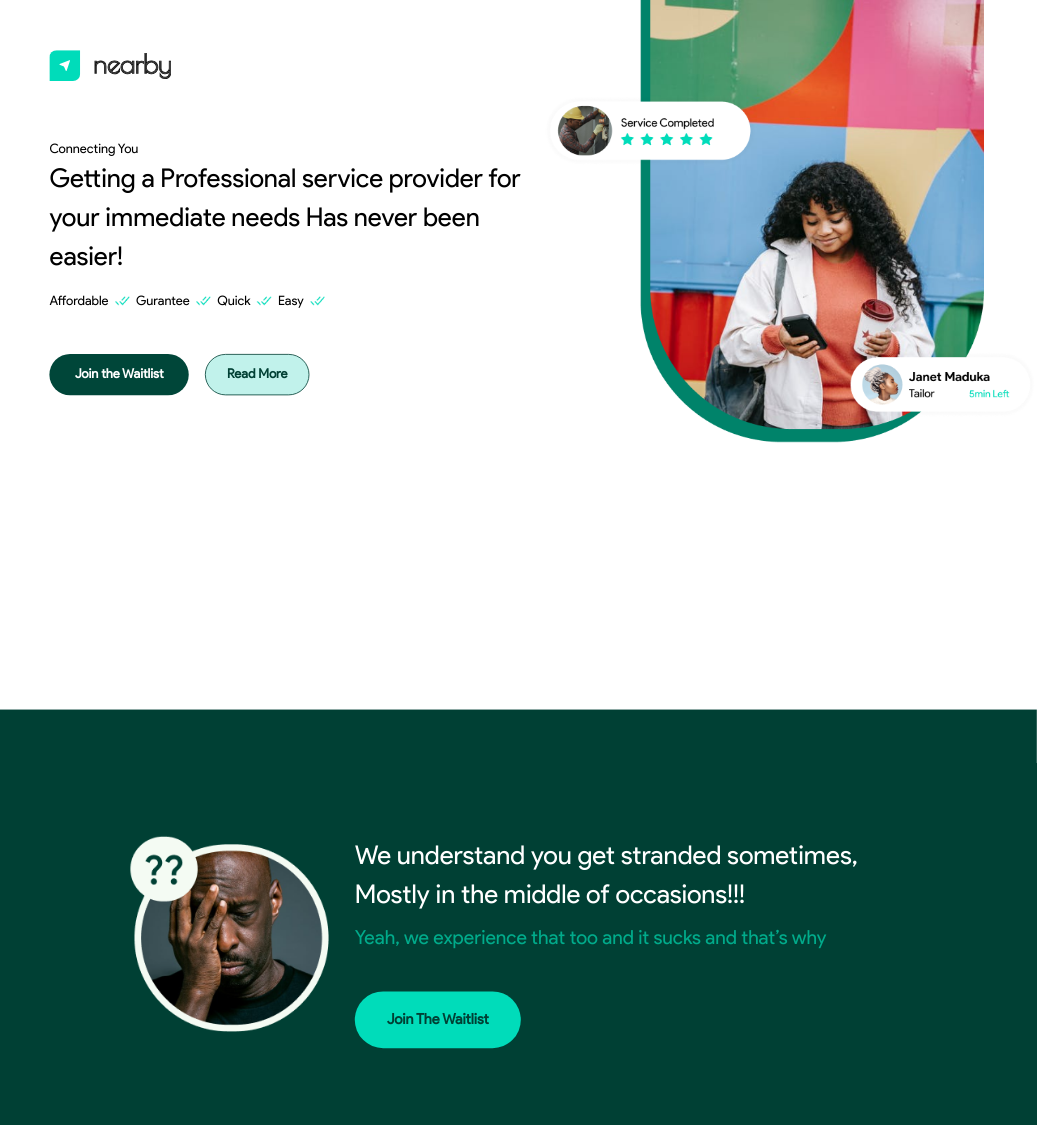
Repository: Eugene44-hub/Mearby
Page: /
These files come from the project's save history. The page is drawn as it stood at one moment and after the next save; the edit follows.
The browser window is 1280 px wide. The pictures show the whole page, at 81% of full size.
The project was rebuilt for these pictures with package versions that can differ from the ones it lists, and the page was loaded fresh each time.

Above is the page before, as saved 2022-04-30 07:50:06.

### src/App.tsx
import React from 'react';
import Hero from './components/hero/Hero';
import Nav from './components/nav/Nav';
import LandingPage from './pages/landing/LandingPage';

function App() {
  return (
   <>
<Nav/>
<LandingPage/>
</>

);
}

export default App;

### src/components/nav/Nav.tsx
import React from 'react';
import send from '../../assets/images/send.svg';
import nearby from '../../assets/images/nearby logo.svg';
import styles from "./Nav.module.css"
const Nav = () => {
	return (
		<nav className={`md:h-auto h-[96.57px] ${styles.nav} flex`}>
			<header className="m-auto block md:hidden">
				<div className="flex justify-center">
					<img
						src={send}
						className="bg-[#00DCBA] mr-[16.79px] p-3 rounded-tl-[8.91471px] rounded-br-[8.91471px]"
						alt="send"
					/>
					<img src={nearby} alt="send" />
				</div>
			</header>
		</nav>
	);
};

export default Nav;

### src/pages/landing/LandingPage.tsx
import React from 'react'
import Hero from '../../components/hero/Hero';
import Understand from '../../components/understand/Understand';
const LandingPage = () => {
  return (
    <>

    <Hero/>
    <Understand/>
    </>
  )
}

export default LandingPage

### src/components/nav/Nav.module.css
@media screen and (max-width:768px) {
    .nav{
/* display: none; */
/* bg-[#014034] */
background-color:#014034;
}
}

### src/components/hero/Hero.tsx
import React from 'react';
import styles from './Hero.module.css';
import checked from '../../assets/images/checked.png';
import heroImg from '../../assets/images/heroImg.png';
import send from '../../assets/images/send.svg';
import nearby from '../../assets/images/nearbyDark.svg';

const Hero = () => {
	const minorText: string[] = [ 'affordable', 'gurantee', 'quick', 'easy' ];
	return (
		<section className="container md:pl-[61px]">
			<div className={`${styles.container} md:flex justify-between`}>
				<div className={`${styles.heroContainer} mb-[3rem] flex flex-wrap md:w-[50%]`}>
					<div className="md:flex w-[20%] hidden mt-[62px] items-center">
						<img
							src={send}
							className="bg-[#00DCBA] w-[100%] mr-[16.79px] p-3 rounded-tl-[8.91471px] rounded-br-[8.91471px]"
							alt="send"
						/>
						<img src={nearby} alt="send" />
					</div>

					<div className="m-auto">
						<h2 className={` ${styles.connectHead} flex items-end md:h-[95.5px]`}>Connecting You</h2>
						<p className={`text-[2rem] ${styles.connectText}`}>
							Getting a Professional service provider for your immediate needs Has never been easier!
						</p>
					</div>

					<ul className={`${styles.connectList} mt-5 flex justify-between `}>
						{minorText.map((item, index) => (
							<li key={index} className="flex items-center capitalize mr-2">
								{item} <img src={checked} className="w-[18px] ml-2" alt="checked" />
							</li>
						))}
					</ul>

					<div className="w-[100%] md:pt-[53px] md:px-0 p-5">
						<button className="bg-[#004639] font-bold w-[172px] h-[51px] text-white mr-5 rounded-[50px]">
							Join the Waitlist
						</button>
						<button className="bg-[#C1F2EB] font-bold w-[129px] h-[51px] rounded-[50px] text-[#004034] border border-[#004034] capitalize">
							read more
						</button>
					</div>
				</div>
				<div className="md:w-[50%]">
					<img src={heroImg} className={styles.heroImg} alt="" />
				</div>
			</div>
		</section>
	);
};

export default Hero;
// wKcVoY0oBaK0dDUj5
// yX2Q8nskPsN4AjVkAPMBM

### src/components/understand/Understand.tsx
import React from 'react'
import understand from "../../assets/images/understand.png"
import WaitLight from "../../components/Buttons/WaitLight"
const Understand = () => {
  return (
    <div className='bg-[#004034] mt-[20rem] '>
 <div className='container  md:px-0 px-5 pt-[9.75rem] py-[5.938rem] md:pl-[61px] md:pr-[27px] md:flex justify-center  relative mt-[20rem]'>

<img src={understand} className=" absolute block md:hidden translate-x-[-50%] left-[50%] top-[-20%]" alt="understand" />
<div className='md:block hidden mr-[2rem]'>
<img src={understand} className=" w-[100%]"alt="understand" />

</div>

<div className='md:w-[60%] md:mx-0 mx-auto '>
<div>
<p className='text-[2rem] text-white'>
We understand you get stranded sometimes, Mostly in the middle of occasions!!!
</p>
<p className='mt-3 text-[1.5rem] text-[#01AB8B] '>
Yeah, we experience that too and it sucks and that’s why  </p>
</div>

<div className='pt-[3rem]'>
<WaitLight/>
</div>

</div>
  </div>

    </div>

  )
}

export default Understand

### src/components/hero/Hero.module.css
.container{
height: 812px;
background-image: url(../../assets/images/mobileHero.png);
background-repeat: no-repeat;
background-position: center;
background-size: 133% 100%;
}


.heroImg{
    display: none;
    width: 100%;
}
.heroContainer{
    /* background-color: black; */
    color: white;

}
.connectHead,.connectText,.connectList{
    padding: 20px;

}
@media screen and (min-width:600px) {
    .container{
    background-image:none;
    height: auto;
}
.connectHead{
    background-color: none;
}
.heroImg{
    display: block;
}
.connectHead{
    background-color: none;
}
.heroContainer{
    /* background-color: black; */
    color: black ;
}

}

@media screen and (min-width:768px) {
    .connectHead,.connectText,.connectList{
        padding: 0px;
    }

}


@media screen and (max-width:600px){
.connectHead{
    background-color: #004034;
}

}
/* .minorTxt{
} */
/* linear-gradient(rgba(0, 64, 52, 1), rgba(0, 57, 64, 0)) */
/* linear-gradient(rgba(0, 64, 52, 1),rgba(0, 64, 52, 1)) */

### src/components/Buttons/WaitLight.tsx
import React from 'react'
import styles from "./Button.module.css"

const Wait = () => {
  return (
    <button className={`${styles.light} capitalize`}>Join the waitlist</button>

  )
}

export default Wait

### src/components/Buttons/Button.module.css
    .light {
        background-color: #00DCBA;
        color: #004034;
        width: 205px;
        font-size: 1.125rem;
    }

    .dark {
        background-color: #004639;
        color: #004034;
        font-size: "1rem";
        width: 192px;
    }

    .light,
    .dark {
        height: 70px;
        border-radius: 50px;
        font-weight: bold;
    }

Loaded but not shown: public/index.html (common file); src/index.tsx (common file); src/index.css (common file); tailwind.config.js (common file)

After the next save:
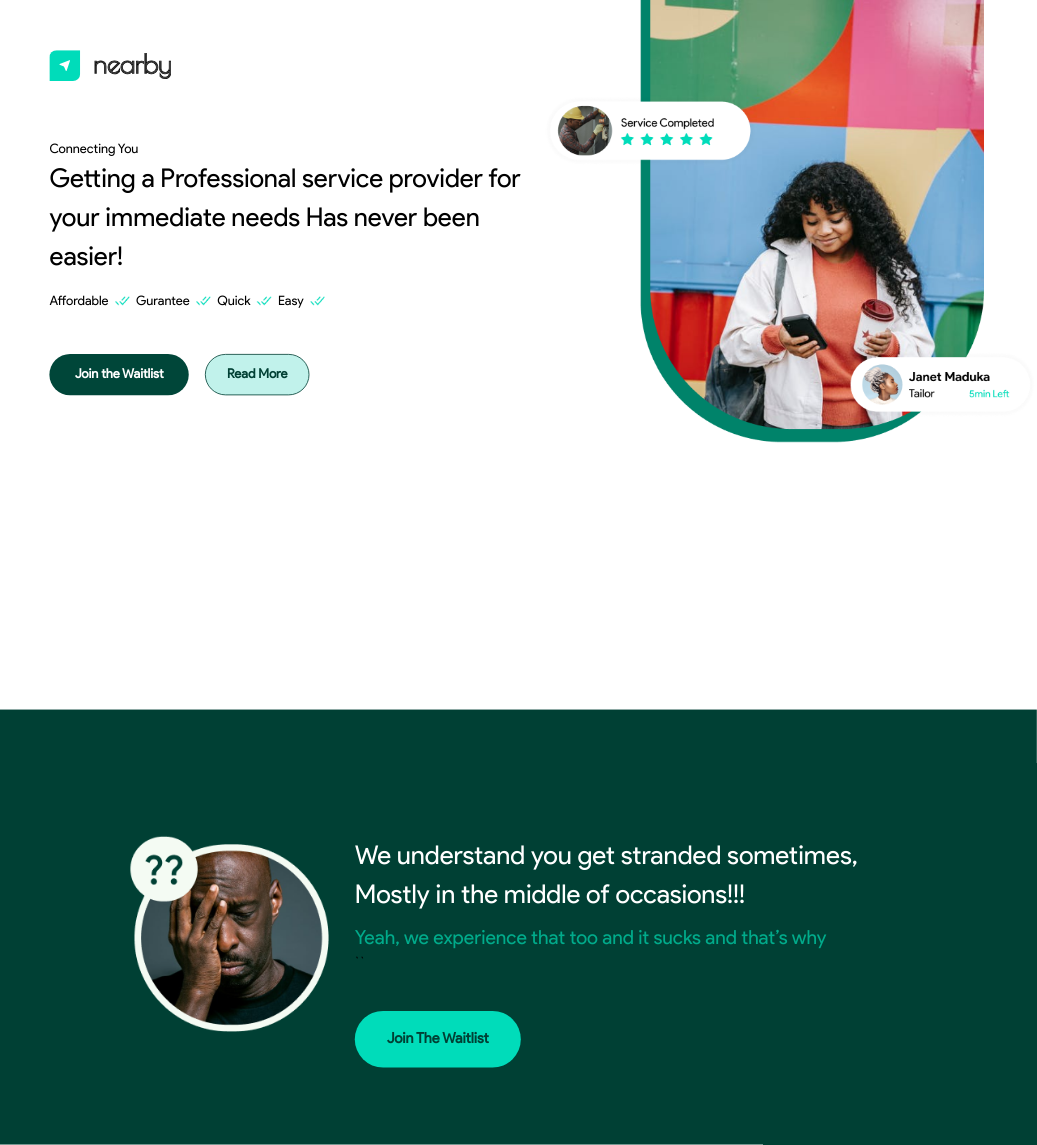
Saved 4 h 54 min later.
--- a/src/components/understand/Understand.tsx
+++ b/src/components/understand/Understand.tsx
@@ -18,7 +18,7 @@ const Understand = () => {
 We understand you get stranded sometimes, Mostly in the middle of occasions!!!
 </p>
 <p className='mt-3 text-[1.5rem] text-[#01AB8B] '>
-Yeah, we experience that too and it sucks and that’s why  </p>
+Yeah, we experience that too and it sucks and that’s why  </p>``
 </div>
 
 <div className='pt-[3rem]'>

After the 2 saves that followed:
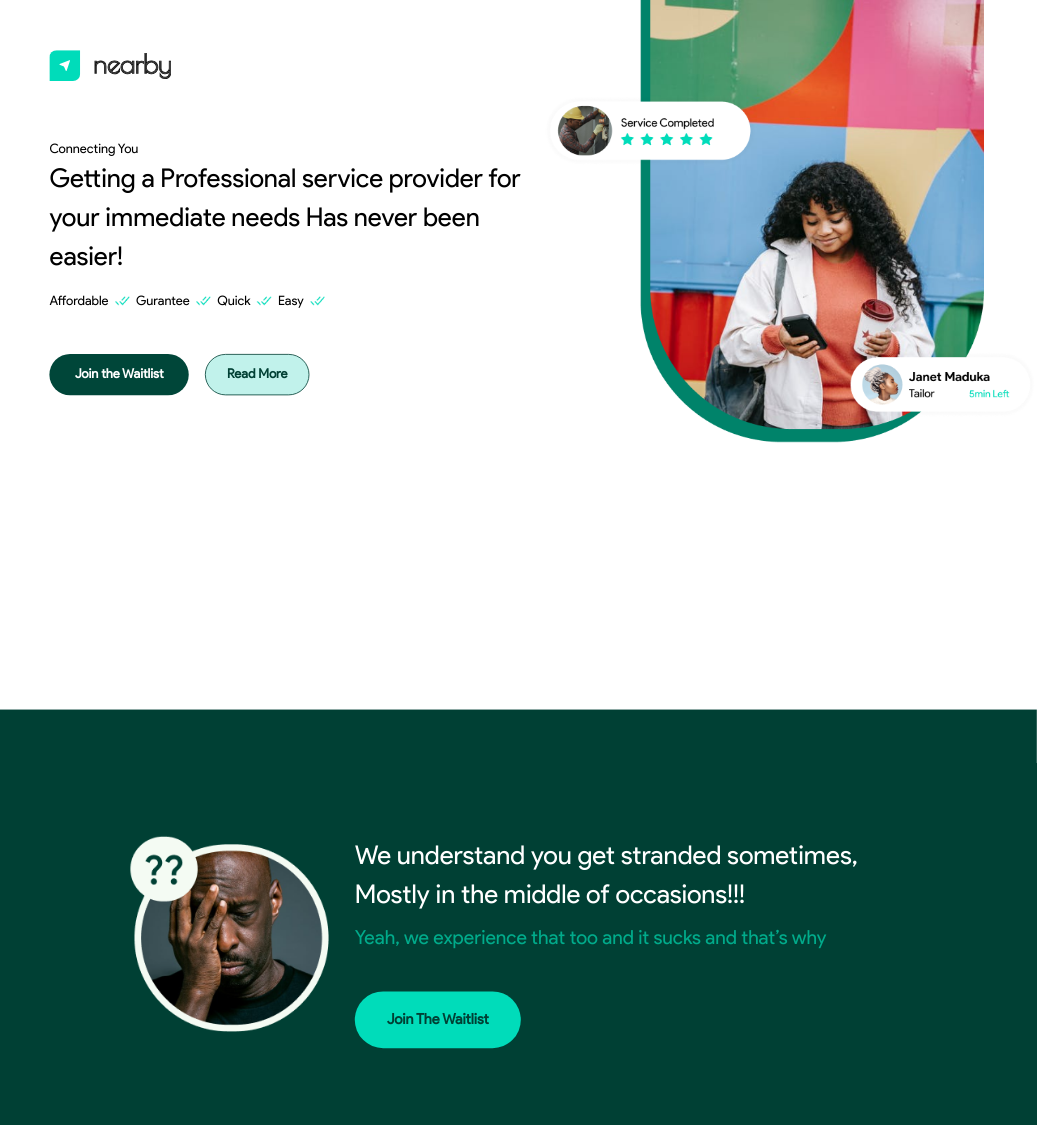
The 2 saves are shown as one change because they came seconds apart.
The last was saved 7 s later.
--- a/src/components/understand/Understand.tsx
+++ b/src/components/understand/Understand.tsx
@@ -18,7 +18,7 @@ const Understand = () => {
 We understand you get stranded sometimes, Mostly in the middle of occasions!!!
 </p>
 <p className='mt-3 text-[1.5rem] text-[#01AB8B] '>
-Yeah, we experience that too and it sucks and that’s why  </p>``
+Yeah, we experience that too and it sucks and that’s why  </p>
 </div>
 
 <div className='pt-[3rem]'>
